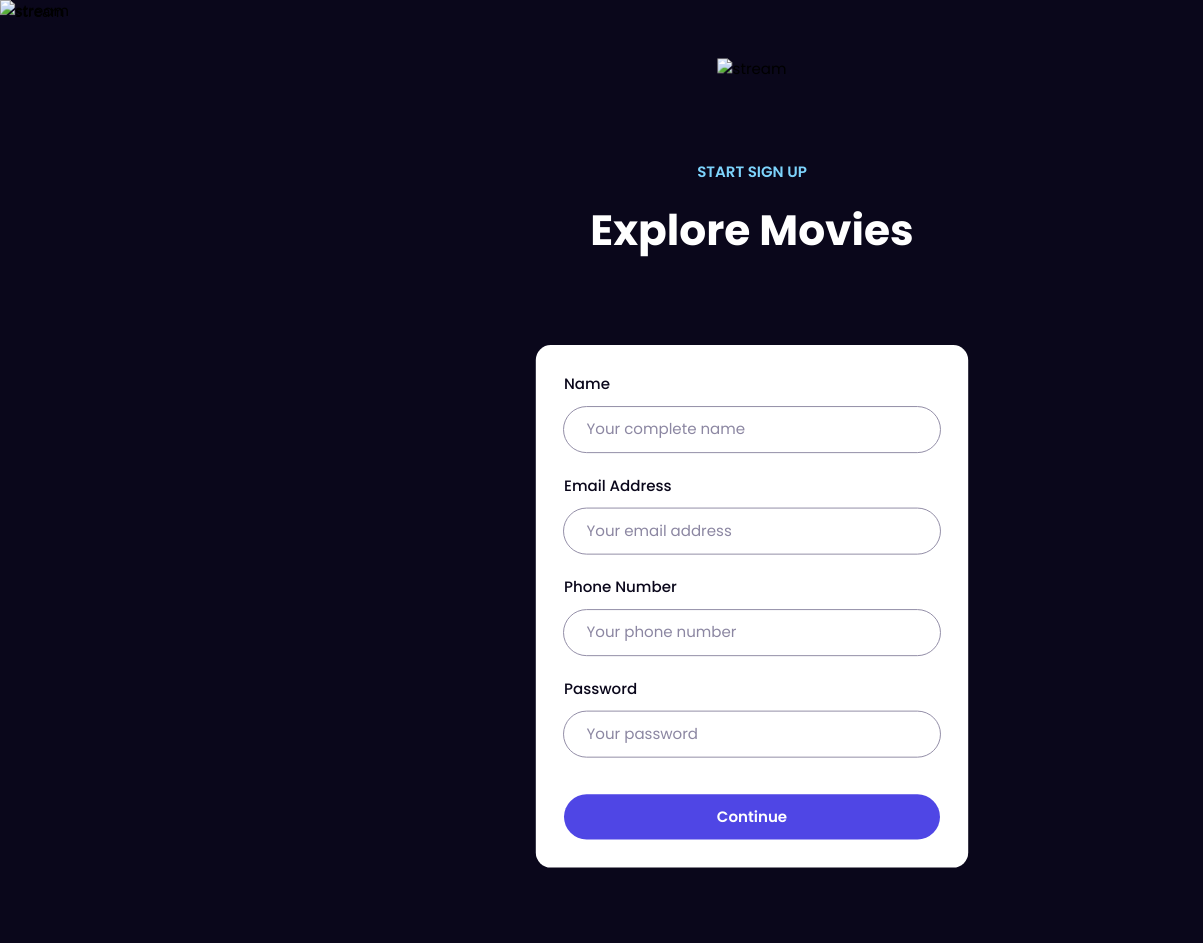
Repository: wijayakusuma-dev/stream-app
Page: http://localhost/register
These files come from the project's save history. The page is drawn as it stood at one moment and after the next save; the edit follows.
The browser window is 1280 px wide. The pictures show the whole page, at 94% of full size.
Some web libraries are served in a nearby version. The page is served by the project's Laravel application, run on PHP 8.4 with Laravel 9. Other server files are loaded and not shown.

Above is the page before, as saved 2023-02-07 12:08:14.

### routes/web.php
<?php

use Illuminate\Support\Facades\Route;
use App\Http\Controllers\Admin\LoginController;
use App\Http\Controllers\Admin\MovieController;
use App\Http\Controllers\Member\RegisterController;
use App\Http\Controllers\Admin\TransactionController;

/*
|--------------------------------------------------------------------------
| Web Routes
|--------------------------------------------------------------------------
|
| Here is where you can register web routes for your application. These
| routes are loaded by the RouteServiceProvider within a group which
| contains the "web" middleware group. Now create something great!
|
*/

Route::get('admin/login', [LoginController::class, 'index'])->name('admin.login');
Route::post('admin/login', [LoginController::class, 'authenticate'])->name('admin.login.auth');

Route::group(['prefix' => 'admin', 'middleware' => ['admin.auth']], function () {
    Route::view('/', 'admin.dashboard')->name('admin.dashboard');

    Route::get('logout', [LoginController::class, 'logout'])->name('admin.logout');

    Route::get('transaction', [TransactionController::class, 'index'])->name('admin.transaction');

    Route::group(['prefix' => 'movie'], function() {
        Route::get('/', [MovieController::class, 'index'])->name('admin.movie');
        Route::get('/create', [MovieController::class, 'create'])->name('admin.movie.create');
        Route::post('/store', [MovieController::class, 'store'])->name('admin.movie.store');
        Route::get('/edit/{id}', [MovieController::class, 'edit'])->name('admin.movie.edit');
        Route::put('/update/{id}', [MovieController::class, 'update'])->name('admin.movie.update');
        Route::delete('/destroy/{id}', [MovieController::class, 'destroy'])->name('admin.movie.destroy');
    });
});

Route::view('/', 'index');

Route::get('/register', [RegisterController::class, 'index'])->name('member.register');
Route::post('/register', [RegisterController::class, 'store'])->name('member.register.store');

### app/Http/Controllers/Member/RegisterController.php
<?php

namespace App\Http\Controllers\Member;

use App\Http\Controllers\Controller;
use Illuminate\Http\Request;

class RegisterController extends Controller
{
    public function index()
    {
        return view('member.register');
    }

    public function store(Request $request)
    {
        $request->validate([
            'name' => 'required',
            'phone_number' => 'required',
            'email' => 'required|email',
            'password' => 'required|min:6'
        ]);



    }
}

### resources/views/member/register.blade.php
<!DOCTYPE html>
<html lang="en" class="scroll-smooth">

<head>
    <meta charset="UTF-8">
    <meta http-equiv="X-UA-Compatible" content="IE=edge">
    <meta name="viewport" content="width=device-width, initial-scale=1.0">
    <title>Stream</title>

    <script src="https://cdn.tailwindcss.com"></script>
    <style>
        @import url("https://fonts.googleapis.com/css2?family=Poppins:wght@300;400;500;600;700&display=swap");
    </style>

    <script src="{{ asset('stream/assets/script/tailwind-config.js') }}"></script>
</head>

<body class="bg-stream-dark">

    <div class="relative">
        <div class="hidden lg:block fixed">
            <img src="{{ asset('stream/assets/images/banner.png') }}" class="max-h-screen" alt="stream" />
        </div>
    </div>

    <div class="grid md:grid-cols-12 font-poppins relative pb-20 pt-8 mx-auto max-w-screen overflow-hidden">

        <!-- Ornament -->
        <span class="fixed -z-10 top-0">
            <img src="{{ asset('stream/assets/images/pricing_ornament.svg') }}" class="h-screen w-screen" alt="stream" />
        </span>
        <!-- ./ -->

        <div class="col-span-12 col-start-1 lg:col-start-2 xl:col-start-4">
            <div class="pt-[30px] relative">
                <!-- Logo -->
                <div class=" flex flex-row justify-center items-center">
                    <a href="/index.html" class="block">
                        <img src="{{ asset('stream/assets/images/stream.svg') }}" alt="stream" />
                    </a>
                </div>

                <div class="pt-[85px] flex flex-col items-center gap-5 px-3">
                    <p class="text-sky-300 text-base font-semibold">
                        START SIGN UP
                    </p>
                    <div class="font-bold text-white text-4xl lg:text-[45px] text-center capitalize leading-snug">
                        Explore Movies
                    </div>

                    <!-- Form login -->
                    <section class="w-11/12 max-w-[460px]">
                        <form action="{{ route('member.register.store') }}" method="POST" class="mt-[70px] flex flex-col bg-white p-[30px] rounded-2xl gap-6">
                            @csrf
                            <div class="form-input flex flex-col gap-3">
                                <label for="name" class="text-base font-medium text-stream-dark">Name</label>
                                <input type="text"
                                    name="name"
                                    class="rounded-full py-3 pr-3 pl-6 text-stream-dark placeholder:text-stream-gray placeholder:font-normal font-medium outline outline-stream-gray outline-1 text-base focus:outline-indigo-600 input-stream"
                                    placeholder="Your complete name" />
                                @error('name')
                                    <div style="color:red">{{ $message }}</div>
                                @enderror
                            </div>
                            <div class="form-input flex flex-col gap-3">
                                <label for="email" class="text-base font-medium text-stream-dark">Email Address</label>
                                <input type="email"
                                    name="email"
                                    class="rounded-full py-3 pr-3 pl-6 text-stream-dark placeholder:text-stream-gray placeholder:font-normal font-medium outline outline-stream-gray outline-1 text-base focus:outline-indigo-600 input-stream"
                                    placeholder="Your email address" />
                                @error('email')
                                    <div style="color:red">{{ $message }}</div>
                                @enderror
                            </div>
                            <div class="form-input flex flex-col gap-3">
                                <label for="phone_number" class="text-base font-medium text-stream-dark">Phone Number</label>
                                <input type="text"
                                    name="phone_number"
                                    class="rounded-full py-3 pr-3 pl-6 text-stream-dark placeholder:text-stream-gray placeholder:font-normal font-medium outline outline-stream-gray outline-1 text-base focus:outline-indigo-600 input-stream"
                                    placeholder="Your phone number" />
                                @error('phone_number')
                                    <div style="color:red">{{ $message }}</div>
                                @enderror
                            </div>
                            <div class="form-input flex flex-col gap-3">
                                <label for="password" class="text-base font-medium text-stream-dark">Password</label>
                                <input type="password"
                                    name="password"
                                    class="rounded-full py-3 pr-3 pl-6 text-stream-dark placeholder:text-stream-gray placeholder:font-normal font-medium outline-stream-gray outline outline-1 text-base focus:outline-indigo-600 input-stream"
                                    placeholder="Your password" />
                                @error('password')
                                    <div style="color:red">{{ $message }}</div>
                                @enderror
                            </div>
                            <button type="submit" class="bg-indigo-600 rounded-full py-3 mt-4 text-center">
                                <span class="font-semibold text-white text-base">Continue</span>
                            </button>
                        </form>
                    </section>
                </div>
            </div>
        </div>
    </div>

    <script src="https://code.jquery.com/jquery-3.6.0.min.js"
        integrity="sha256-/xUj+3OJU5yExlq6GSYGSHk7tPXikynS7ogEvDej/m4=" crossorigin="anonymous"></script>
    <script src="{{ asset('stream/assets/script/script.js') }}"></script>
</body>

</html>

### public/stream/assets/script/tailwind-config.js
tailwind.config = {
    theme: {
        container: {
            center: true,
            padding: {
                DEFAULT: '1rem',
                md: '2rem',
                lg: '50px',
                xl: '120px'
            }
        },
        fontFamily: {
            poppins: 'Poppins, sans-serif'
        },
        extend: {
            colors: {
                "stream-dark": '#0A071B',
                "stream-gray": '#8C87A2',
                "softpur": '#3D3762',
            }
        }
    }
}

### public/stream/assets/script/script.js
$(document).ready(function () {

    // toggle navbar mobile
    $(".mobile-menu-button").each(function (_, navToggler) {
        var target = $(navToggler).data("target");
        $(navToggler).on("click", function () {
            $(target).animate({
                height: "toggle",
            })
        })
    })

    // user avatar dropdown
    var dd_btn = $(".dropdown-button")
    var dd_stream = $("#dropdown-stream")
    dd_btn.click(function () {
        dd_btn.each(function () {
            if (dd_stream.hasClass("hidden")) {
                dd_stream.removeClass("hidden").addClass("block");
            } else if (dd_stream.hasClass("block")) {
                dd_stream.removeClass("block").addClass("hidden");
            }
        })
    })
})

Loaded but not shown: app/Http/Controllers/Controller.php (common file)

After the next save:
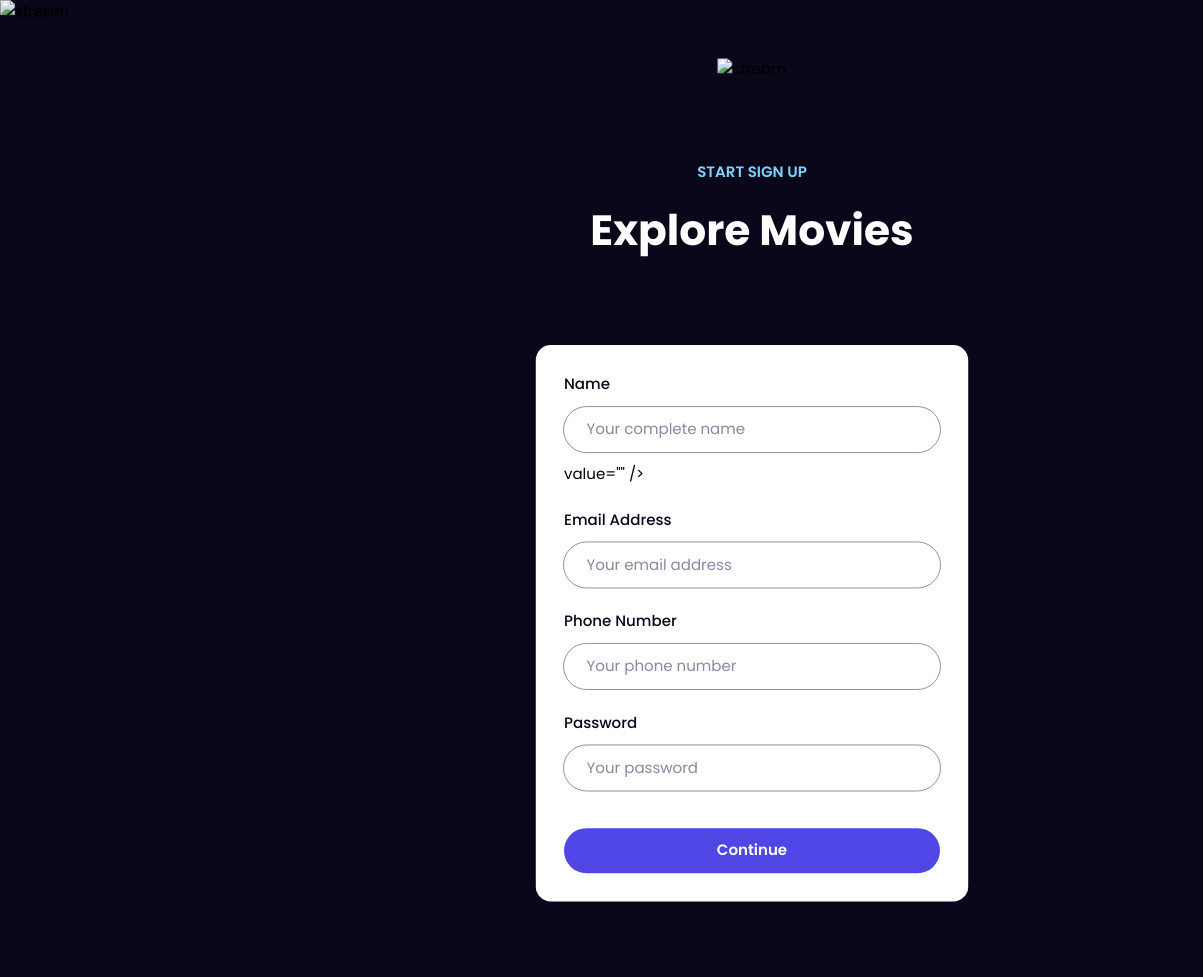
Saved 61 s later.
--- a/resources/views/member/register.blade.php
+++ b/resources/views/member/register.blade.php
@@ -58,6 +58,7 @@
                                     name="name"
                                     class="rounded-full py-3 pr-3 pl-6 text-stream-dark placeholder:text-stream-gray placeholder:font-normal font-medium outline outline-stream-gray outline-1 text-base focus:outline-indigo-600 input-stream"
                                     placeholder="Your complete name" />
+                                    value="{{ old('name') }}" />
                                 @error('name')
                                     <div style="color:red">{{ $message }}</div>
                                 @enderror
